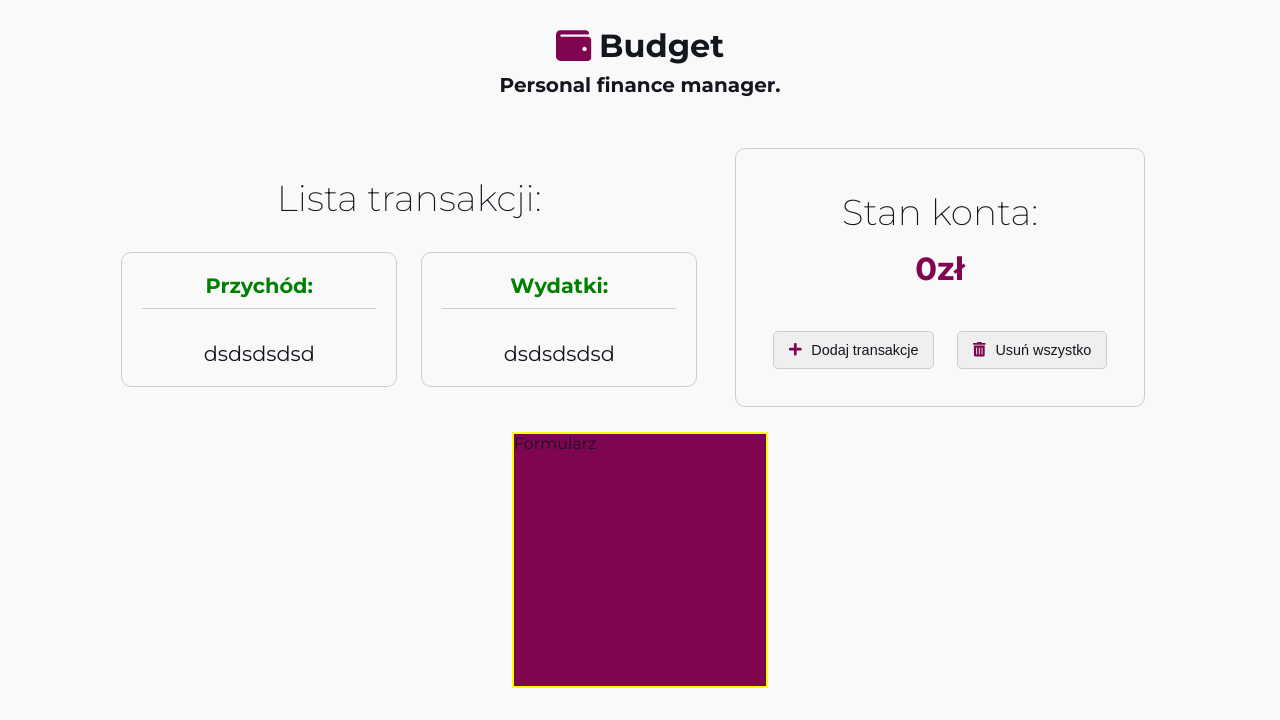
Repository: KrzysKolo/sr_tydzien4_zad4
Page: /
These files come from the project's save history. The page is drawn as it stood at one moment and after the next save; the edit follows.
The browser window is 1280 px wide. The pictures show the whole page.
Some web libraries are served in a nearby version. The project was rebuilt for these pictures with package versions that can differ from the ones it lists, and the page was loaded fresh each time.

Above is the page before, as saved 2020-11-30 09:55:31.

After the next save:
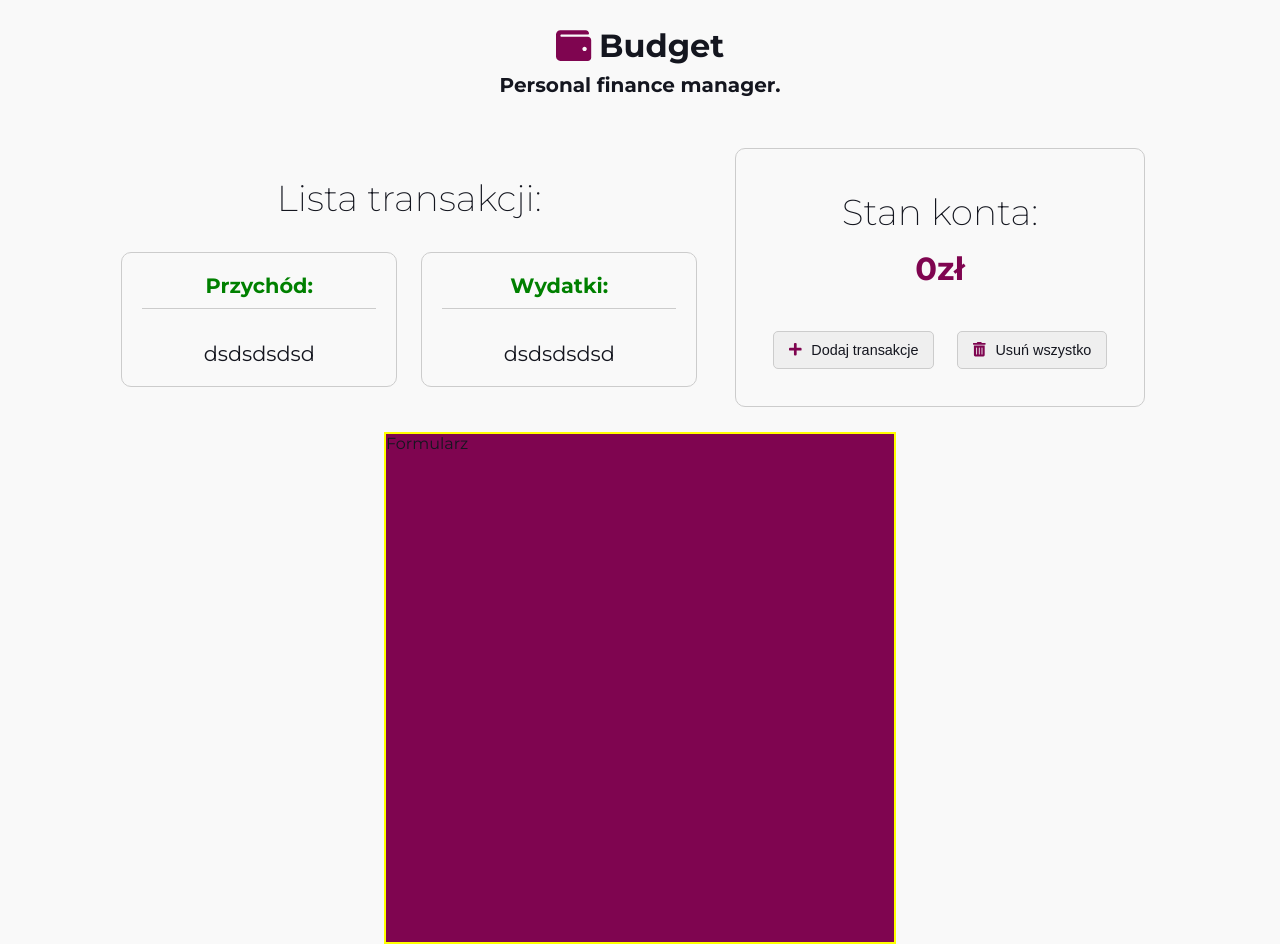
Saved 26 s later.
--- a/src/components/budgetComponents/Form.js
+++ b/src/components/budgetComponents/Form.js
@@ -4,8 +4,8 @@ import styled, { createGlobalStyle }from 'styled-components';
 const FormWrapper = styled.form`
     background-color: rgb(127, 5, 80);
     border: 2px double yellow;
-    width: 20vw;
-    height: 20vw;
+    width: 40vw;
+    height: 40vw;
     margin: 0 auto;
 `;
 
